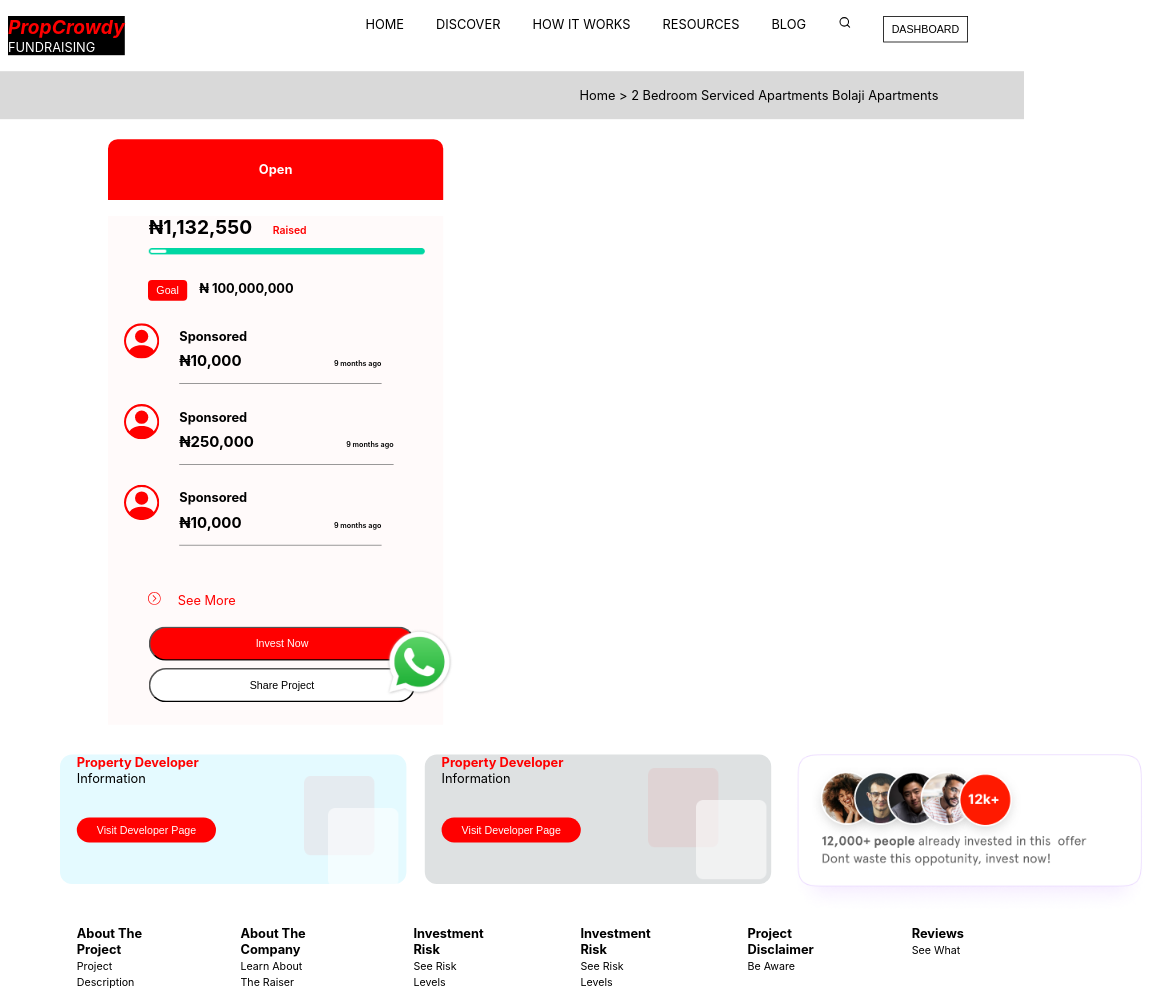
Repository: uh-sman/Popcrowdy
Page: /
The author's editor kept a copy of each file at every save. The page is drawn from the files as they stood at one save, then again after the next save.
The browser window is 1280 px wide. The page is 1437 px wide, so the pictures cover 1437 px, including what lies to the right of the window. The pictures show the whole page, at 80% of full size.
The project was rebuilt for these pictures with package versions that can differ from the ones it lists, and the page was loaded fresh each time. Also part of the build but not shown: src/components/Section/carousel.css, src/components/Section/Carousel.js.

Above is the page before, as saved 2022-11-14 22:44:25.

### src/App.js
import CarouselDemo from "./components/Section/Carousel";
import "./App.css";
import { Navbar, Hero } from "./components";
import Scroll from "./components/Section/Scroll";
import SubCard from "./components/Section/SubCard";
import SubNav from "./components/SubNav";

function App() {
  return (
    <div className="App">
      <Navbar />
      <SubNav />
      <Hero />
      <SubCard />
      <Scroll />
      {/* <CarouselDemo /> */}
    </div>
  );
}

export default App;

### src/App.css
* {
  text-decoration: none;
  list-style: none;
  padding: 0px;
  margin: 0;
  box-sizing: border-box;
  /* overflow: hidden; */
}

### src/components/index.js
export { default as Navbar } from "./Navbar";
export { default as Hero } from "./Section/Hero";
// export { default as Card } from "./Section/Card";

### src/components/Section/Scroll.js
import React from "react";
import { scroll } from "./data";
import "./scroll.css";
const Scroll = () => {
  return (
    <div>
      <div className="scrollContainer">
        {scroll.map(({ title, subtext, id }) => {
          return (
            <div key={id} className="texts">
              <h4>{title}</h4>
              <small>{subtext}</small>
            </div>
          );
        })}
      </div>
    </div>
  );
};

export default Scroll;

### src/components/Section/SubCard.jsx
import React from "react";
import img1 from "../assets/Group.png";
import img2 from "../assets/Rectangle44.png";
import group from "../assets/Group2.png";
import "./subcard.css";
const SubCard = () => {
  return (
    <div className="subcard-container">
      <div className="subcard">
        <div
          style={{
            backgroundColor: "#E4FAFF",
            borderRadius: "15px",
            height: "162px",
          }}
        >
          <div className="texts">
            <h4 style={{ color: "red", width: "412px" }}>Property Developer</h4>
            <p>Information</p>
            <button className="button" style={{ marginTop: "39px" }}>
              Visit Developer Page
            </button>
          </div>
          <div className="box">
            <img src={img1} className="box3" />
            <img src={img2} className="box4" />
          </div>
        </div>
        <div
          style={{
            backgroundColor: "#DEE1E2",
            borderRadius: "15px",
            height: "162px",
          }}
        >
          <div style={{ display: "flex" }}>
            <div className="texts">
              <h4 style={{ color: "red", width: "412px" }}>
                Property Developer
              </h4>
              <p>Information</p>
              <button className="button" style={{ marginTop: "39px" }}>
                Visit Developer Page
              </button>
            </div>
            {/*  */}
            <div className="box">
              <img src={img1} className="box1" />
              <img src={img2} className="box2" />
            </div>
          </div>
        </div>
        <div>
          <img src={group} />
        </div>
      </div>
    </div>
  );
};

export default SubCard;
// height: "162px";

### src/components/SubNav.jsx
import React from "react";

const SubNav = () => {
  return (
    <div className="subnav-container" style={{ marginBottom: "25px" }}>
      <div style={{ background: "#D9D9D9 50%", width: "100%", height: "60px" }}>
        <p
          style={{
            paddingTop: "20px",
            display: "flex",
            justifyContent: "flex-end",
            marginRight: "107px",
          }}
        >
          Home {">"} 2 Bedroom Serviced Apartments Bolaji Apartments
        </p>
      </div>
    </div>
  );
};

export default SubNav;

### src/components/Navbar.jsx
import React, { useState } from "react";
import "./navbar.css";
import { FiSearch } from "react-icons/fi";
import { sidebar } from "./Section/data";
import { GiHamburgerMenu } from "react-icons/gi";
const Navbar = () => {
  const [isOpen, setIsOpen] = useState(false);
  return (
    <div style={{}}>
      <nav>
        <div className="navbar-container">
          <div style={{ backgroundColor: "black" }}>
            <h1>
              <p style={{ color: "red" }}>
                <i>PropCrowdy</i>
              </p>
            </h1>
            <p style={{ color: "white" }}>FUNDRAISING</p>
          </div>
          <div>
            <ul className="nav-list">
              <li>HOME</li>
              <li>DISCOVER</li>
              <li>HOW IT WORKS</li>
              <li>RESOURCES</li>
              <li>BLOG</li>
              <FiSearch />
              <button className="btn">DASHBOARD</button>
            </ul>
          </div>
          <div className="container">
            {isOpen ? (
              <div className="sidebar">
                <div className="sidebar-container">
                  <div
                    className="close-menu "
                    onClick={() => setIsOpen(!isOpen)}
                  >
                    X
                  </div>
                  {sidebar.map(({ title, button, id }) => {
                    return (
                      <ul className="sidebar-list" key={id}>
                        <li>{title}</li>
                      </ul>
                    );
                  })}
                </div>
                <FiSearch className="search" />
                <button title="DASHBOARD" className="sidebar-btn">
                  DASHBOARD
                </button>
              </div>
            ) : (
              <GiHamburgerMenu
                style={{ marginRight: "50px" }}
                onClick={(e) => setIsOpen(!isOpen)}
              />
            )}
          </div>
        </div>
      </nav>
    </div>
  );
};

export default Navbar;

### src/components/Section/Hero.jsx
import React, { useState } from "react";
import "./hero.css";
import { Carousel } from "react-responsive-carousel";

import Card from "./Card";
import CarouselDemo from "./Carousel";
const Hero = () => {
  const [selected, setIsSelected] = useState(false);
  const [isSelected, setSelected] = useState(false);
  //    document.getElementById("select");
  if (selected) {
    // show the current image
    console.log("hello");
  } else {
    console.log("not selected");
  }
  return (
    <div className="hero-container">
      <div className="flexed-card">
        <div>{/* <CarouselDemo /> */}</div>
        <div className="card">
          {" "}
          <Card />{" "}
        </div>
      </div>
    </div>
  );
};

export default Hero;
{
  /* <div>
  <div style={{ marginBottom: "57px" }}>
    <p style={{ color: "red" }}>Hazrat Concept</p>
    <h1 style={{ fontWeight: "900px" }}>2 Bedroom Serviced Apartments</h1>
  </div>
  <div id="select" value={selected} onClick={(e) => setIsSelected(!selected)}>
    <img src={img1} />
  </div>
  <div style={{ marginTop: "16px" }}>
    <div className="sub-card"></div>
  </div>
</div>; */
}

### src/components/Section/data.js
import img from "../assets/Progressbar.png";
export const data = [
  {
    id: 1,
    title: "Sponsored",
    amount: "₦10,000",
    link: "https://img.icons8.com/material-sharp/2x/user-male-circle.png",
    date: "9 months ago",
  },
  {
    id: 2,
    title: "Sponsored",
    amount: "₦250,000",
    link: "https://img.icons8.com/material-sharp/2x/user-male-circle.png",
    date: "9 months ago",
  },
  {
    id: 3,
    title: "Sponsored",
    amount: "₦10,000",
    link: "https://img.icons8.com/material-sharp/2x/user-male-circle.png",
    date: "9 months ago",
  },
];

export const sidebar = [
  {
    id: "HOME",
    title: "HOME",
  },
  {
    id: "DISCOVER",
    title: "DISCOVER",
  },
  {
    id: "HOW IT WORKS",
    title: "HOW IT WORKS",
  },
  {
    id: "RESOURCES",
    title: "RESOURCES",
  },
  {
    id: "BLOG",
    title: "BLOG",
  },
  {
    id: "DASHBOARD",
    button: "DASHBOARD",
  },
];
export const amount = [
  {
    raise: "₦1,132,550",
    id: "raise",
    subtext: "Raised",
    goal: "₦ 100,000,000",
    image: img,
    text: "Goal",
  },
];
export const scroll = [
  {
    id: 1,
    title: "About The Project",
    subtext: "Project Description",
  },
  {
    id: 2,
    title: "About The Company",
    subtext: "Learn About The Raiser",
  },
  {
    id: 3,
    title: "Investment Risk",
    subtext: "See Risk Levels",
  },
  {
    id: 3,
    title: "Investment Risk",
    subtext: "See Risk Levels",
  },
  {
    id: 4,
    title: "Project Disclaimer",
    subtext: "Be Aware",
  },
  {
    id: 5,
    title: "Reviews",
    subtext: "See What",
  },
];

### src/components/Section/scroll.css
.scrollContainer {
  margin: 10px 75px;
  display: flex;
  overflow-x: scroll;
  gap: 100px;
  scroll-behavior: smooth;
  justify-content: space-between;
  /* gap: 55px; */
}
/* .texts{
  m
} */

### src/components/Section/subcard.css
.button {
  padding: 8px 25px;
  background-color: red;
  color: white;
  border-radius: 47px;
  border: none;
}
.texts {
  margin-left: 21px;
}
.box {
  /* margin-top: 61px;
  top:1400px;*/
  position: absolute;
  top: 120px;
  left: 10px;
  /* margin-left: 25px; */
}
.box2 {
  /* margin-left: -50px;
  margin-top: 50px; */
  position: absolute;
  position: absolute;
  width: 88px;
  height: 99px;
  left: 860px;
  top: 880px;
}
.box3 {
  /* margin-left: -50px;
  margin-top: 50px; */
  position: absolute;
  position: absolute;
  width: 88px;
  height: 99px;
  left: 370px;
  top: 850px;
}
.box1 {
  /* margin-left: -50px;
  margin-top: 50px; */
  position: absolute;
  position: absolute;
  width: 88px;
  height: 99px;
  left: 800px;
  top: 840px;
}
.box4 {
  /* margin-left: -50px;
  margin-top: 50px; */
  position: absolute;
  position: absolute;
  width: 88px;
  height: 99px;
  left: 400px;
  top: 890px;
}
@media only screen and (min-width: 200px) and (max-width: 950px) {
  .subcard {
    flex-direction: column;
  }
  .box {
    /* width: fit-content; */
    position: absolute;
  }
}
.subcard {
  display: flex;
  gap: 23px;
  margin-left: 75px;
  margin-top: 37px;
}

### src/components/navbar.css
.navbar-container {
  display: flex;
  justify-content: space-between;
  margin: 20px 10px;
}
.nav-list {
  display: flex;
  gap: 40px;
  margin-right: 60px;
}
.btn {
  background-color: white;
  border: 1px solid black;
  padding: 8px 10px;
  font-weight: 500;
}
@media only screen and (min-width: 200px) and (max-width: 950px) {
  .nav-list {
    flex-direction: column;
    display: none;
  }
}
@media only screen and (min-width: 960px) and (max-width: 1650px) {
  .container {
    display: none;
  }
}
.sidebar {
  background: gray;
  position: absolute;
  top: 0px;
  line-height: 70px;
  right: 0;
  /* left: 700px; */
  z-index: 100;
  width: 30%;
  height: 100%;
}
.close-menu {
  font-weight: 900;
  /* position: absolute; */
  display: flex;
  justify-content: flex-end;
  margin-right: 40px;
  right: 20px;
  top: 0;
}
.sidebar-list {
  /* border-bottom: 1px solid white; */
  /* margin-left: 20px; */
  text-align: center;
}
.sidebar-btn {
  background-color: white;
  border: 1px solid black;
  padding: 8px 10px;
  font-weight: 500;
  display: flex;
  justify-content: center;
  margin: auto;
}
.search {
  /* background-color: white;
  border: 1px solid black; */
  /* padding: 8px 10px; */
  /* font-weight: 500; */
  display: flex;
  justify-content: center;
  margin: auto;
  margin-bottom: 20px;
}

### src/components/Section/hero.css
.hero-container {
  margin-left: 73px;
}
.sub-card {
  display: flex;
  gap: 16px;
}
.flexed-card {
  display: flex;
  gap: 62px;
}
@media only screen and (min-width: 200px) and (max-width: 950px) {
  .flexed-card {
    display: block;
  }
}
.card {
  display: flex;
  justify-content: flex-start;
}

### src/components/Section/Card.jsx
import React from "react";
import { data } from "./data";
import { amount } from "./data";
// import img from "../assets/Progressbar.png";
import logo from "../assets/WhatsApp 1.png";
import { BsPersonCircle } from "react-icons/bs";
import { TfiArrowCircleRight } from "react-icons/tfi";
import "./card.css";
const Card = () => {
  return (
    <div>
      <div>
        <div className="red">
          <h4>Open</h4>
        </div>
        <div className="card-content">
          <div>
            {amount.map(({ id, raise, subtext, image, goal, text }) => {
              return (
                <div>
                  <h2 style={{ marginLeft: "51px", marginTop: "20px" }}>
                    {raise} <span className="subtext">{subtext}</span>
                  </h2>
                  <img src={image} className="rectangle" />
                  <div className="goal">
                    <button className="btns">{text}</button>
                    <h4>{goal}</h4>
                  </div>
                </div>
              );
            })}
          </div>
          {data.map(({ title, id, amount, date }) => {
            return (
              <div key={id}>
                <div className="card-items">
                  <div>
                    <BsPersonCircle className="image-style" />
                  </div>
                  <div className="" style={{ marginBottom: "25px" }}>
                    <h4>{title}</h4>
                    <h3 className="border">
                      {amount} <span className="date">{date}</span>
                    </h3>
                  </div>
                </div>
              </div>
            );
          })}
          <p className="seemore">
            <TfiArrowCircleRight />
            <span style={{ marginLeft: "21.05px" }}>See More</span>
          </p>
          <div className="button-class">
            <div className="logo">
              <img src={logo} />
            </div>
            <button className="card-buttons1">Invest Now </button>
            <button className="card-buttons2">Share Project </button>
          </div>
        </div>
      </div>
    </div>
  );
};

export default Card;

### src/components/Section/card.css
.red {
  background-color: red;
  height: 75.9189224243164px;
  width: 419px;
  left: 963px;
  top: 242px;
  /* border-radius: 12px; */
  border-top-left-radius: 12px;
  border-top-right-radius: 12px;

  text-align: center;
  justify-content: center;
  align-items: center;
  display: flex;
  color: white;
}

.card-items {
  display: flex;
  flex-direction: row;
  margin-left: 20px;
  gap: 25px;
  line-height: 32px;
  /* border-bottom: 1px solid gray; */
}
.subtext {
  font-size: 13px;
  line-height: 16.6px;
  font-weight: 600;
  margin-left: 20px;
  color: red;
}
.card-content {
  /* background-color: rgb(167, 117, 117); */
  background: #fffafa;
  /* border: 1px solid gray; */
  /* border-top-left-radius: 12px;
  border-top-right-radius: 12px; */
  /* border-radius: 12px; */
}
.image-style {
  height: 44.099998474121094px;
  width: 44.099998474121094px;
  left: 0.45001220703125px;
  top: 0.45001220703125px;
  border-radius: 0px;
  color: #ff0000;
}
.date {
  font-size: 9px;
  line-height: 11.19px;
  font-weight: 600;
  margin-left: 111px;
}
.rectangle {
  margin-top: 11px;
  margin-left: 51px;
}
.card-buttons1 {
  height: 43.249427795410156px;
  width: 333.0001525878906px;
  left: 0px;
  top: 0px;
  border-radius: 47px;
  background: #ff0000;
  color: white;
}
.card-buttons2 {
  height: 43.249427795410156px;
  width: 333.0001525878906px;
  left: 0px;
  top: 0px;
  border-radius: 47px;
  background: #ffff;
  margin-bottom: 27.75px;
}
.border {
  padding-bottom: 11px;
  border-bottom: 1px solid gray;
}
.seemore {
  /* margin: 32.64px 50.19px; */
  margin-top: 32.64px;
  margin-bottom: 23.19px;
  margin-left: 50.19px;
  color: red;
}
.button-class {
  display: flex;
  flex-direction: column;
  gap: 8.75px;
  margin-left: 51px;
}
.logo {
  position: absolute;
  left: 480px;
}
.btns {
  height: 26px;
  width: 49px;
  background: #ff0000;
  border-radius: 5px;
  display: flex;
  align-items: center;
  justify-content: center;
  color: #ffff;
  border: none;
}
.goal {
  margin: 28px 50px;
  display: flex;
  gap: 15px;
}
@media only screen and (min-width: 200px) and (max-width: 950px) {
  .logo {
    left: 420px;
  }
}

Loaded but not shown: public/index.html (common file); src/index.js (common file); src/index.css (common file)

After the next save:
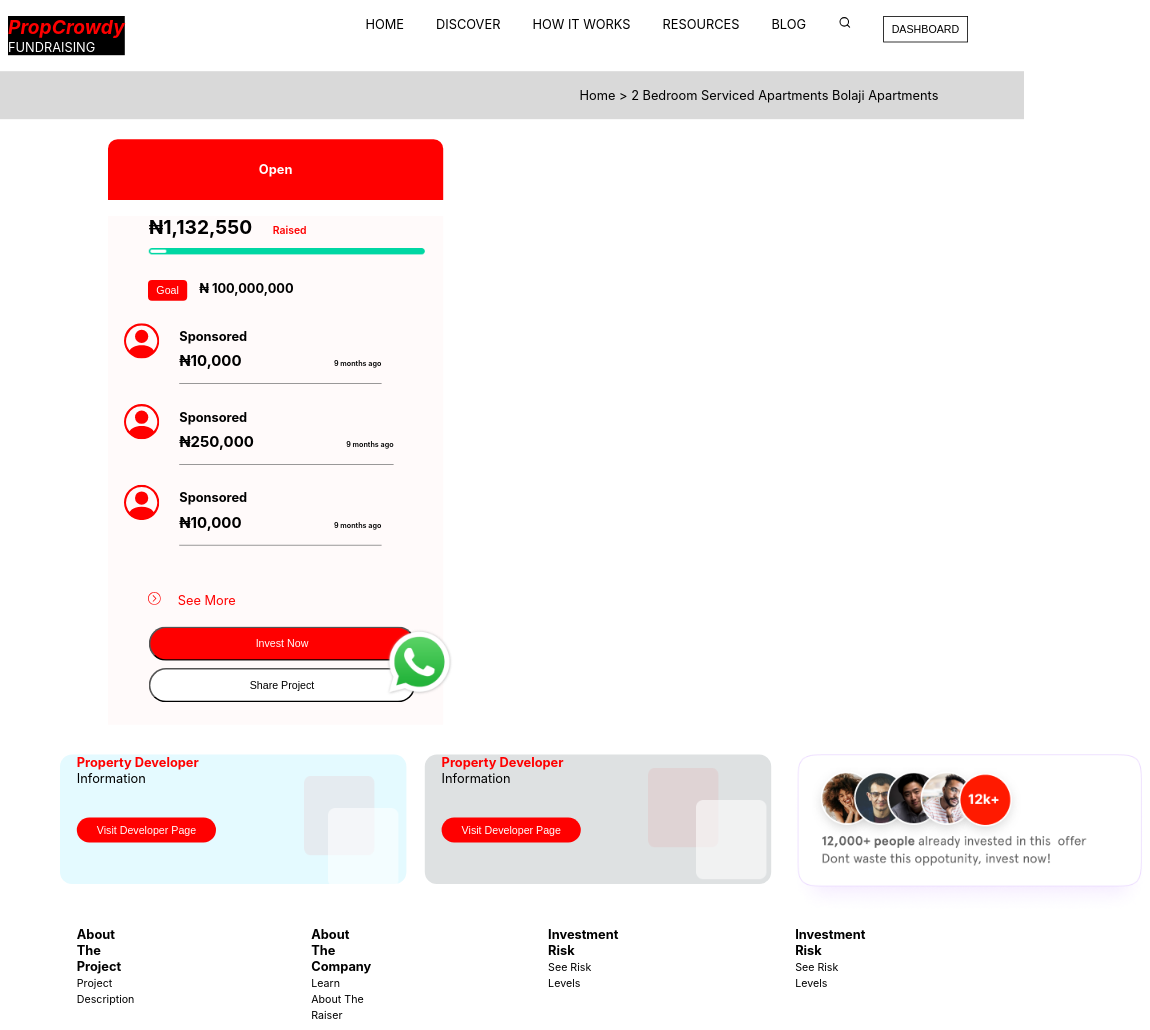
Saved 31 s later.
--- a/src/components/Section/scroll.css
+++ b/src/components/Section/scroll.css
@@ -2,9 +2,9 @@
   margin: 10px 75px;
   display: flex;
   overflow-x: scroll;
-  gap: 100px;
+  gap: 200px;
   scroll-behavior: smooth;
-  justify-content: space-between;
+  /* justify-content: space-between; */
   /* gap: 55px; */
 }
 /* .texts{
